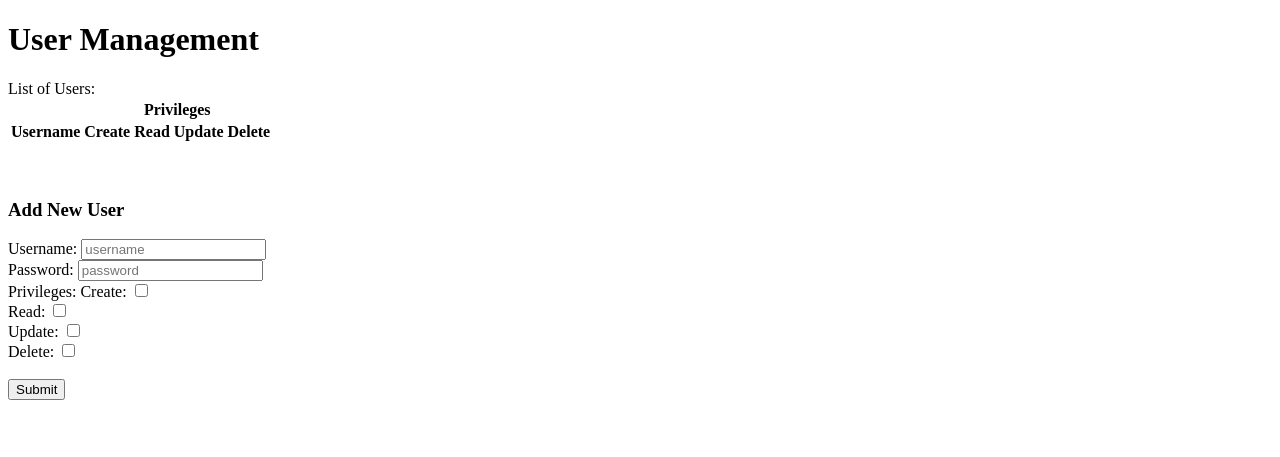
Repository: danalenvargas/TrainingWorkspace
Page: http://localhost/CaseStudyDraft/usermanagement.jsp
The author's editor kept a copy of each file at every save. The page is drawn from the files as they stood at one save, then again after the next save.
The browser window is 1280 px wide. The pictures show the whole page.
The page is served by Tomcat 9.

Above is the page before, as saved 2018-08-27 01:15:30.

After the next save:
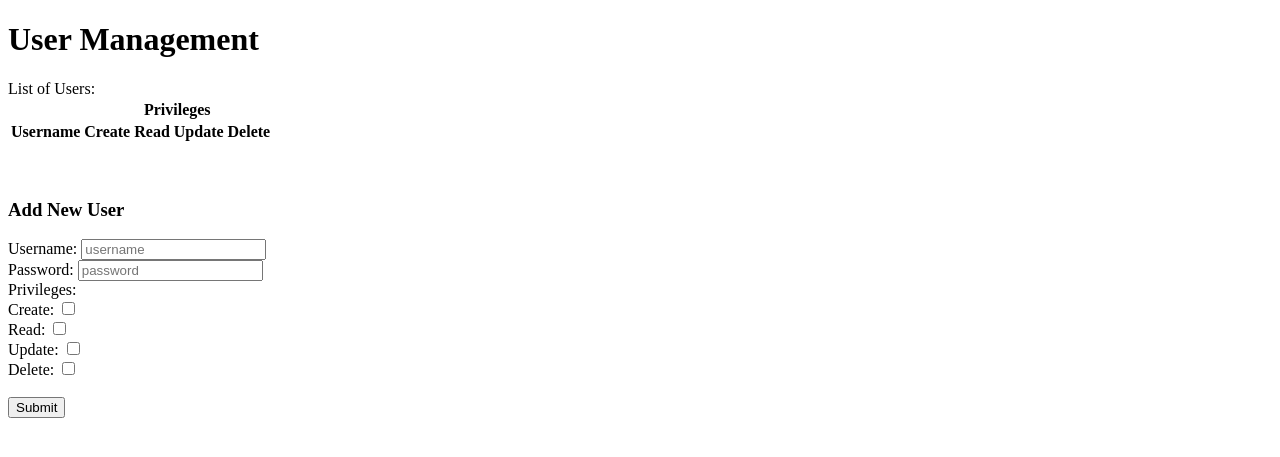
Saved 24 min 41 s later.
--- a/CaseStudyDraft/WebContent/usermanagement.jsp
+++ b/CaseStudyDraft/WebContent/usermanagement.jsp
@@ -37,7 +37,7 @@ List of Users: <br>
 <form action="UserManagement" method="post">
 	Username: <input type="text" name="username" placeholder="username"><br>
 	Password: <input type="password" name="password" placeholder="password"><br>
-	Privileges:
+	Privileges:<br>
 	Create: <input type="checkbox" name="canCreate" value="1"><br>
 	Read: <input type="checkbox" name="canRead" value="1"><br>
 	Update: <input type="checkbox" name="canUpdate" value="1"><br>
